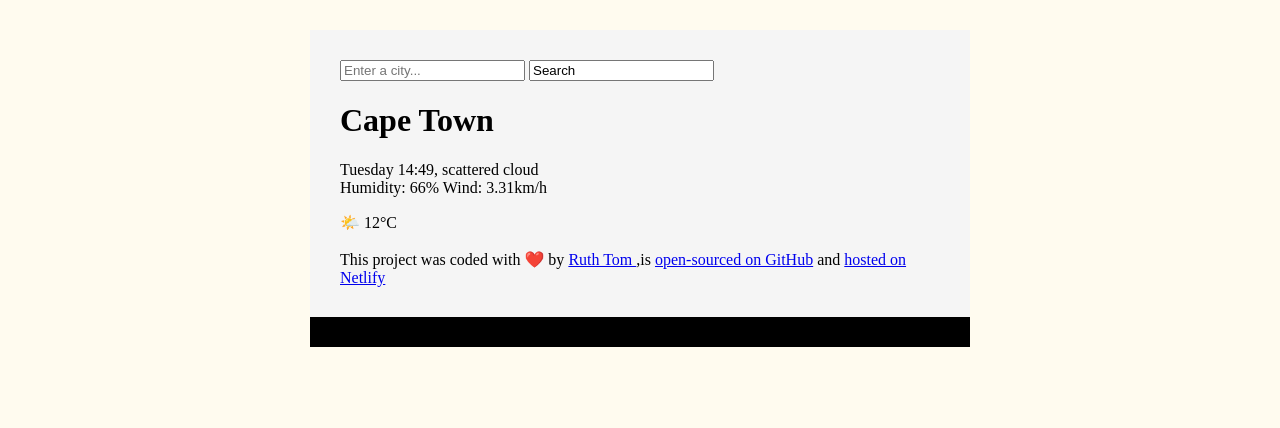
Repository: RuthTom711/Weatherly-App
Page: index.html
The author's editor kept a copy of each file at every save. The page is drawn from the files as they stood at one save, then again after a run of saves.
The browser window is 1280 px wide. The pictures show the whole page.

Above is the page before, as saved 2025-11-10 21:02:40.

### index.html
<!DOCTYPE html>
<html lang="en">
  <head>
    <meta charset="UTF-8" />
    <meta name="viewport" content="width=device-width, initial-scale=1.0" />
    <title>Weatherly App</title>
  </head>
  <body>
    <div class="weather-app">
    <header>
        <form>
            <input type="search" placeholder="Enter a city..." required/>
            <input type="Subnit" value="Search"/>
            <link rel="stylesheet" href="src/styles.css">
        </form>


    </header>

    <main>
    <div>
    <h1>Cape Town</h1>
    <p>
        Tuesday 14:49, scattered cloud
        <br />
        Humidity: 66% Wind: 3.31km/h
    </p>
    </div>
    <div>
    🌤️ 12°C
    </div>
    </main>

    <br />
    <footer>
      This project was coded with ❤️ by
      <a href="https://github.com/RuthTom711" target="_blank"> Ruth Tom </a>,is
      <a href="https://github.com/RuthTom711/Weatherly-App" target="_blank">
        open-sourced on GitHub</a
      >
      and
      <a
        href="https://app.netlify.com/projects/ruth-weatherly-app/"
        target="_blank"
      >
        hosted on Netlify</a
      >
    </footer>
    </div>
  </body>
</html>

### src/styles.css
body {
    background-color: #fffbef;
}

.weather-app{
    background: whitesmoke;
    max-width: 600px;
    margin: 30px auto;
    padding: 30px;
    box-shadow: 0 30px;

}

After the next 3 saves:
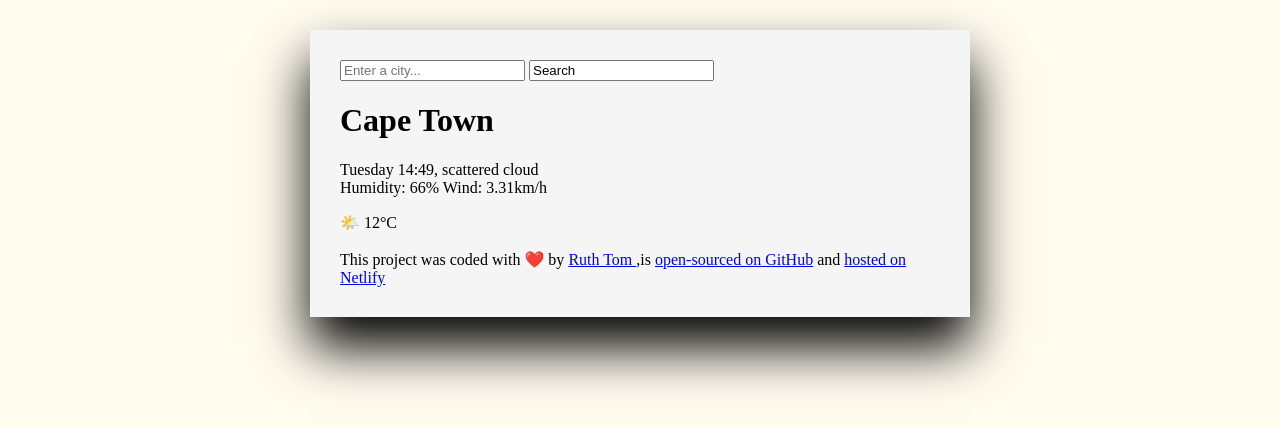
The 3 saves are shown as one change because they came seconds apart.
The last was saved 7 s later.
--- a/src/styles.css
+++ b/src/styles.css
@@ -7,6 +7,6 @@ body {
     max-width: 600px;
     margin: 30px auto;
     padding: 30px;
-    box-shadow: 0 30px;
+    box-shadow: 0 30px 50px ;
 
 }
